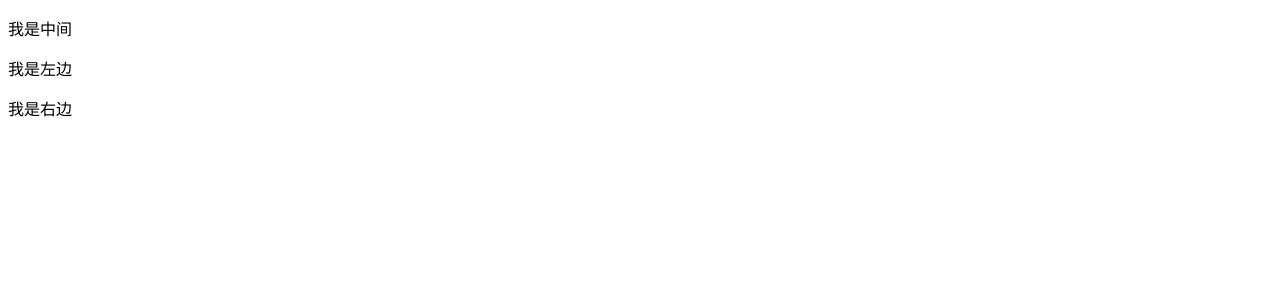
Repository: ljwrookie/Front-end-interview-handwritten-code
Page: 圣杯布局.html
The author's editor kept a copy of each file at every save. The page is drawn from the files as they stood at one save, then again after the next save.
The browser window is 1280 px wide. The pictures show the whole page.

Above is the page before, as saved 2022-04-07 11:50:11.

### 圣杯布局.html
<!DOCTYPE html>
<html lang="en">
	<head>
		<meta charset="UTF-8" />
		<meta http-equiv="X-UA-Compatible" content="IE=edge" />
		<meta name="viewport" content="width=device-width, initial-scale=1.0" />
		<title>圣杯布局</title>
	</head>
	<body>
		<div id="container" class="clearfix">
			<p class="center">我是中间</p>
			<p class="left">我是左边</p>
			<p class="right">我是右边</p>
		</div>
	</body>
</html>

After the next save:
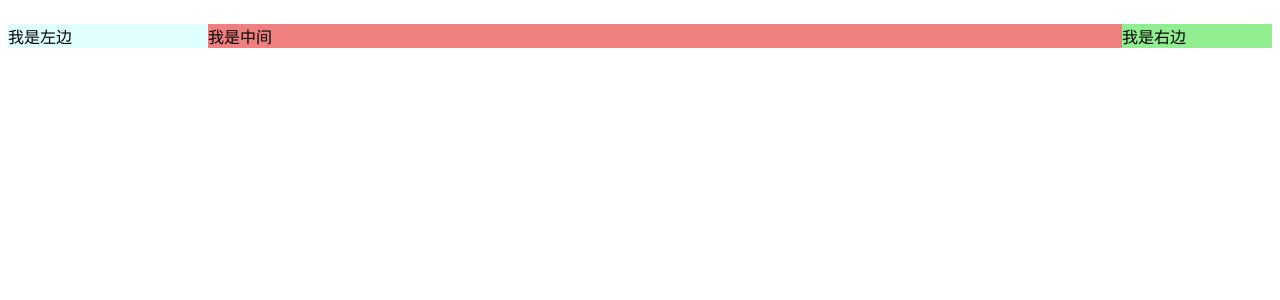
Saved 15 s later.
--- a/圣杯布局.html
+++ b/圣杯布局.html
@@ -5,6 +5,37 @@
 		<meta http-equiv="X-UA-Compatible" content="IE=edge" />
 		<meta name="viewport" content="width=device-width, initial-scale=1.0" />
 		<title>圣杯布局</title>
+		<style>
+			#container {
+				padding-left: 200px;
+				padding-right: 150px;
+				overflow: auto;
+			}
+			#container p {
+				float: left;
+			}
+			.center {
+				width: 100%;
+				background-color: lightcoral;
+			}
+			.left {
+				width: 200px;
+				position: relative;
+				left: -200px;
+				margin-left: -100%;
+				background-color: lightcyan;
+			}
+			.right {
+				width: 150px;
+				margin-right: -150px;
+				background-color: lightgreen;
+			}
+			.clearfix:after {
+				content: "";
+				display: table;
+				clear: both;
+			}
+		</style>
 	</head>
 	<body>
 		<div id="container" class="clearfix">
